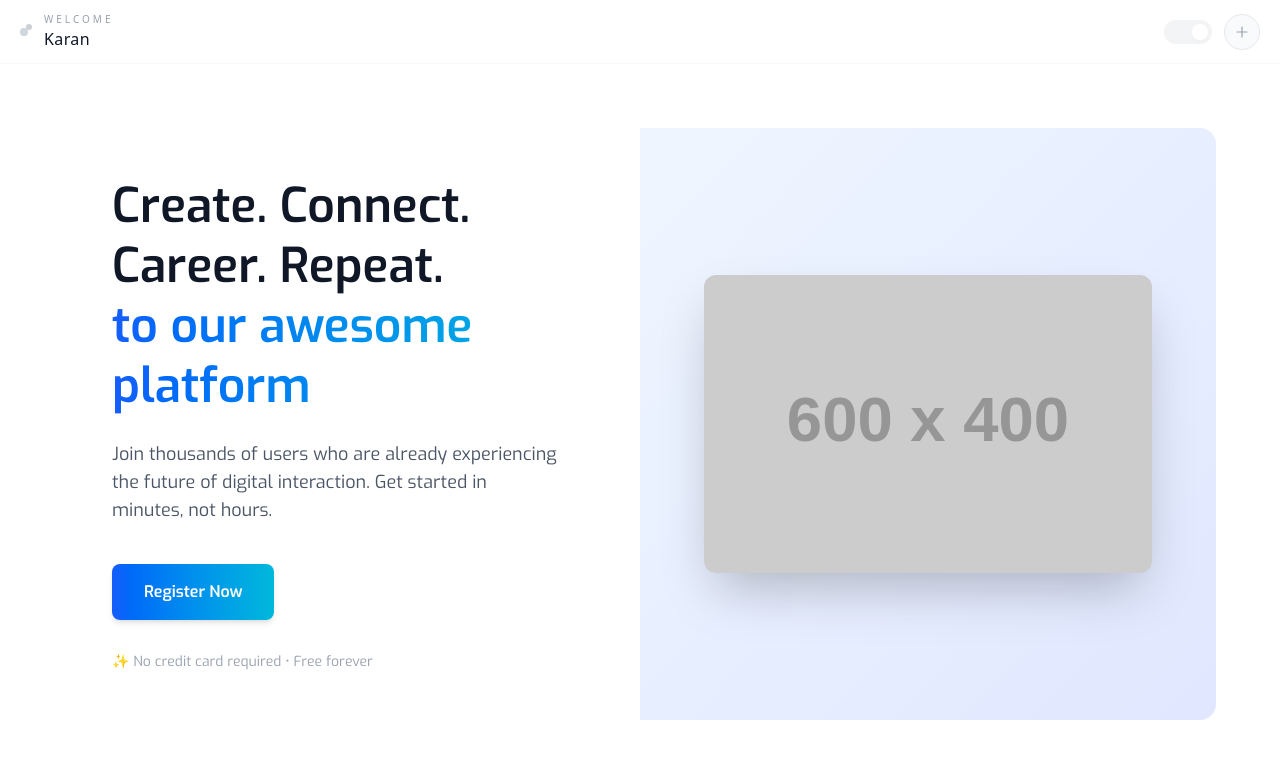
Repository: deepak445566/job
Page: / (app in frontend/)
These files come from the project's save history. The page is drawn as it stood at one moment and after a run of saves; the edit follows.
The browser window is 1280 px wide. The pictures show the whole page.
The page's requests for data from a server got no answer. Some web fonts or font styles are not loaded; a fallback is used. The project was rebuilt for these pictures with package versions that can differ from the ones it lists, and the page was loaded fresh each time. Some packages were replaced by stand-ins written for this rebuild. No one was signed in, and anything a server would have sent is missing. Also part of the build but not shown: frontend/vite.config.js, frontend/src/Components/auth/Login.jsx, frontend/src/Components/study/StudyDashboard.jsx, frontend/src/Components/chill/ChillDashboard.jsx.

Above is the page before, as saved 2026-02-26 14:03:28.

After the next 2 saves:
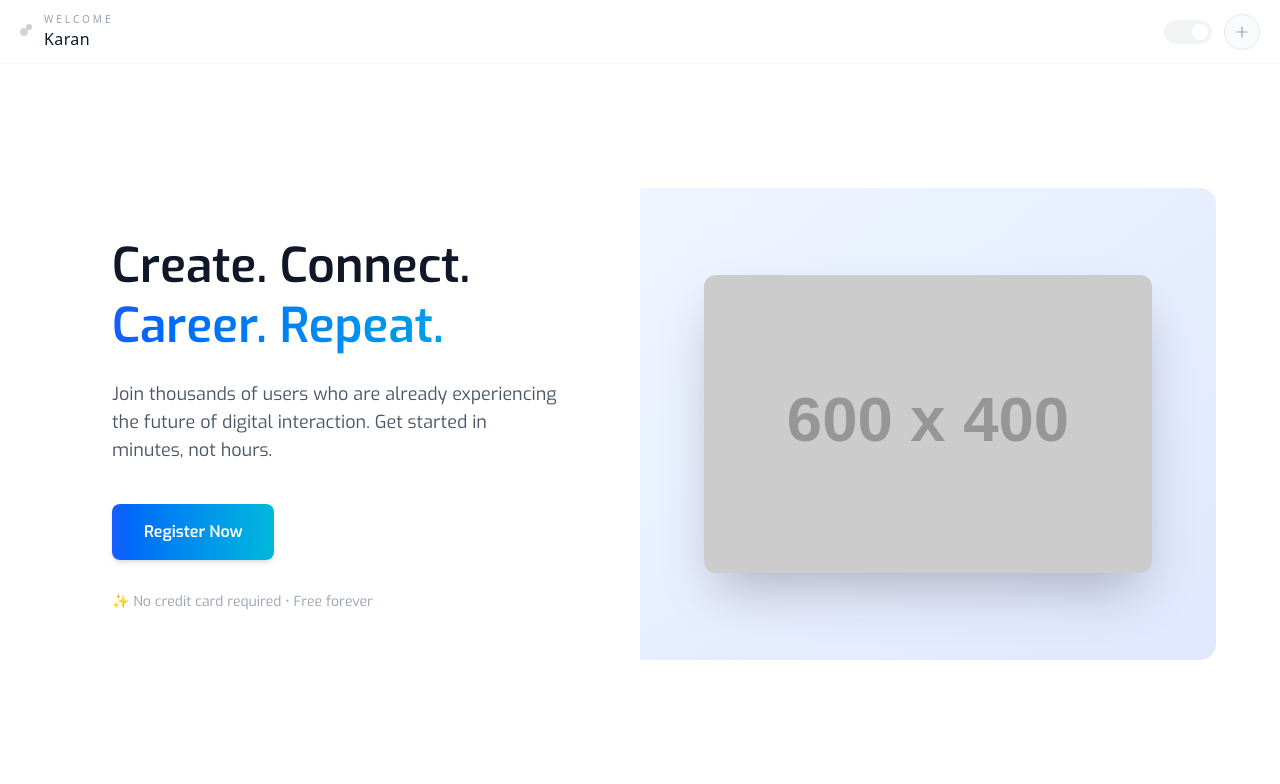
The 2 saves are shown as one change because they came seconds apart.
The last was saved 8 s later.
--- a/frontend/src/Components/Dashboard.jsx
+++ b/frontend/src/Components/Dashboard.jsx
@@ -30,9 +30,9 @@ function Dashboard() {
         <div className="w-full md:w-1/2 p-8 sm:p-10 lg:p-12 flex flex-col justify-center space-y-6">
           {/* Heading */}
           <h1 className="text-4xl sm:text-5xl font-semibold text-gray-900 leading-tight">
-           Create. Connect. Career. Repeat.
+           Create. Connect.
             <span className="text-transparent bg-clip-text bg-gradient-to-r from-blue-600 to-cyan-500 block ">
-             to our awesome platform
+            Career. Repeat.
             </span>
           </h1>
 
